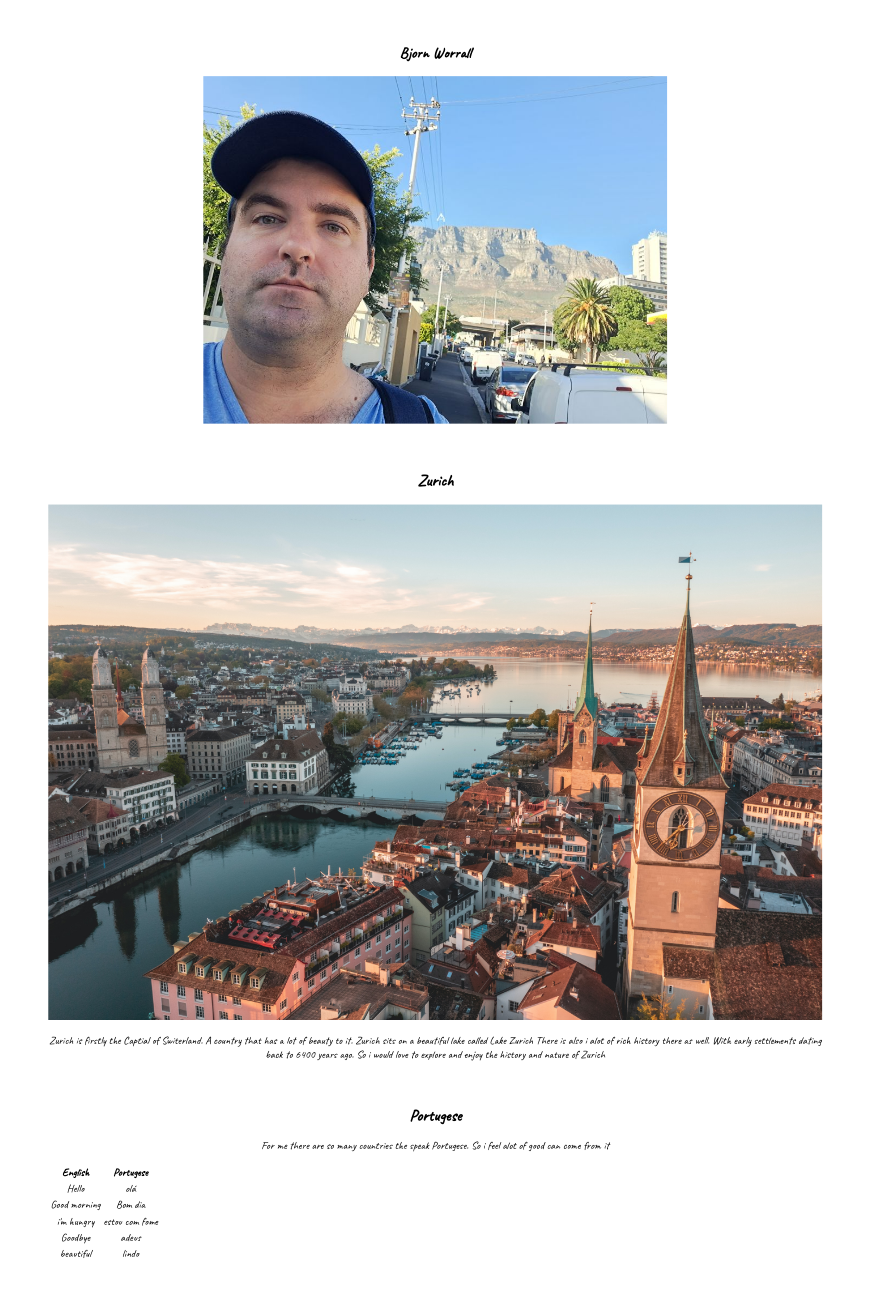
Repository: lasity34/basic-webpage
Page: index.html
These files come from the project's save history. The page is drawn as it stood at one moment and after the next save; the edit follows.
The browser window is 1280 px wide. The pictures show the whole page, at 68% of full size.

Above is the page before, as saved 2023-03-02 10:10:06.

### index.html
<!DOCTYPE html>
<html lang="en">
  <link rel="stylesheet" type="text/css" href="styles.css" />
  <link rel="preconnect" href="https://fonts.googleapis.com">
<link rel="preconnect" href="https://fonts.gstatic.com" crossorigin>
<link href="https://fonts.googleapis.com/css2?family=Caveat&display=swap" rel="stylesheet">
  <head>
    <meta charset="UTF-8" />
    <meta http-equiv="X-UA-Compatible" content="IE=edge" />
    <meta name="viewport" content="width=device-width, initial-scale=1.0" />
    <title>Bjorns Profile Reponsive</title>
  </head>
  <body>
    <main>
      <section id="profile_section">
        <h1 id="profile_name">Bjorn Worrall</h1>
        <div id="img_container">
          <img id="profile_img" src="./images/profile.jpg" alt="A picture of me with table Mountain at the back" />
        </div>
      </section>
      <section id="city_section">
        <h1>Zurich</h1>
        <img src="./images/zurich.jpg" width="100%" />
        <p>
          Zurich is firstly the Captial of Switerland. A country that has a lot
          of beauty to it. Zurich sits on a beautiful lake called Lake Zurich
          There is also i alot of rich history there as well. With early settlements
           dating back to 6400 years ago. So i would love to explore and enjoy the history and nature of Zurich
        </p>
      </section>
      <section id="language">
        <h1>Portugese</h1>
        <p>For me there are so many countries the speak Portugese. So i feel alot of good can come from it</p>
        <table>
            <tr>
                <th>English</th>
                <th>Portugese</th>
            </tr>
            <tr>
                <td>Hello</td>
                <td>olá</td>
            </tr>
            <tr>
                <td>Good morning</td>
                <td>Bom dia</td>
            </tr>
            <tr>
                <td>i'm hungry</td>
                <td>estou com fome</td>
            </tr>
            <tr>
                <td>Goodbye</td>
                <td>adeus</td>
            </tr>
            <tr>
                <td>beautiful</td>
                <td>lindo</td>
            </tr>
        </table>
      </section>
    </main>
  </body>
</html>

### styles.css
* {
    font-family: 'Caveat', 'Arial Narrow', Arial, sans-serif;
}

main {
  max-width: 90%;
  margin: 3rem auto;
}

section {
    margin-top: 4rem;
    text-align: center;
}



#profile_name {
  font-size: 1.4rem;
  text-align: center;
}

#img_container {
  text-align: center;
}

#profile_img {
  width: 60%;
}

After the next save:
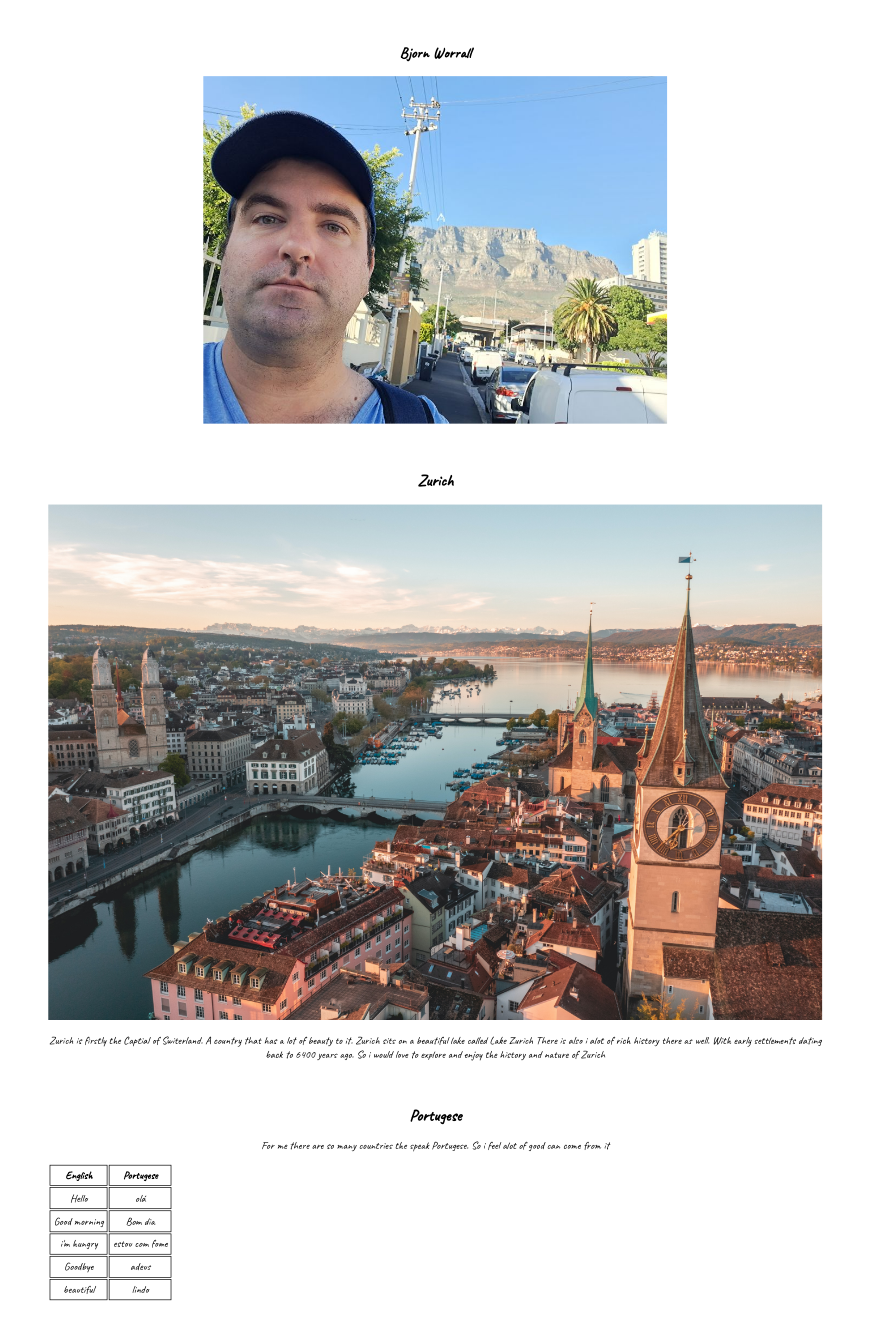
Saved 3 min 41 s later.
--- a/styles.css
+++ b/styles.css
@@ -1,3 +1,5 @@
+/* global */
+
 * {
     font-family: 'Caveat', 'Arial Narrow', Arial, sans-serif;
 }
@@ -12,6 +14,7 @@ section {
     text-align: center;
 }
 
+/* profile */
 
 
 #profile_name {
@@ -26,3 +29,12 @@ section {
 #profile_img {
   width: 60%;
 }
+
+/* language */
+
+
+td, th {
+
+    border: 1px solid black;
+    padding: 0.3em
+}
